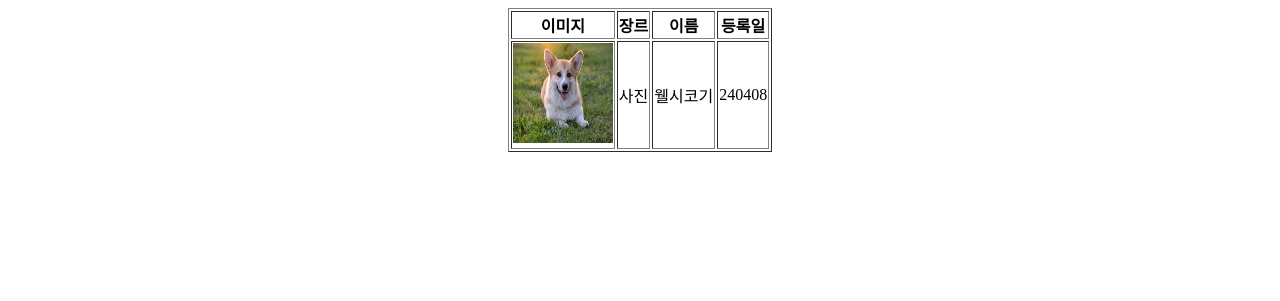
Repository: bbseok97/HTML
Page: http://localhost/jspbasic/request/req_video.jsp
An editor plug-in stored every save of this project. The page is shown before and after the next save, followed by the edit.
The browser window is 1280 px wide. The pictures show the whole page.
The page is served by Tomcat 9. Other server files are loaded and not shown.

Above is the page before, as saved 2024-04-08 01:57:59.

### jspbasic/src/main/webapp/request/req_video.jsp
<%@ page language="java" contentType="text/html; charset=UTF-8"
    pageEncoding="UTF-8"%>
<!DOCTYPE html>
<html>
	<head>
		<meta charset="UTF-8">
		<title>req_video.jsp</title>
	</head>
	<body>
		<!--
		테이블 페이지에서 a태그의 url 주소 뒤에 있는 title변수로 각각의 식별값을 담아서 이동
		ok 페이지에서는 넘어오는 값에 따라서 if ~ else if ~ else 형태로 다른 화면이 보이게
		처리.
		 -->

		 <div align="center">	<!-- 블럭을 만들어 사용하는 태그 -->
		 	<table border="1">
		 		<tr>
		 			<th>이미지</th>
		 			<th>장르</th>
		 			<th>이름</th>
		 			<th>등록일</th>

		 		</tr>
		 		<tr>
		 			<td>
		 				<a href="req_video_ok.jsp?num=1">
		 					<img alt="첫번째 영상" src="../images/다운로드.jpg" width="100" height="100">
		 				</a>
		 			</td>
		 			<td>사진</td>
		 			<td>웰시코기</td>
		 			<td>240408</td>

		 		</tr>
		 	</table>
		 </div>
	</body>
</html>

After the next save:
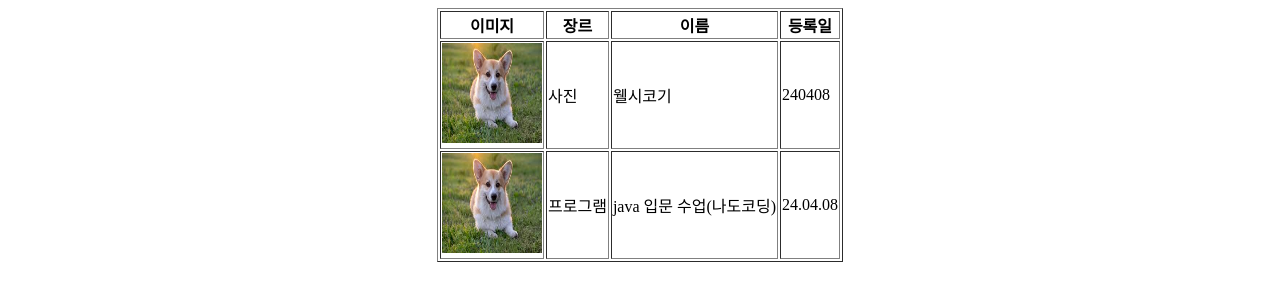
Saved 44 s later.
--- a/jspbasic/src/main/webapp/request/req_video.jsp
+++ b/jspbasic/src/main/webapp/request/req_video.jsp
@@ -33,6 +33,17 @@
 		 			<td>240408</td>
 
 		 		</tr>
+		 		<tr>
+		 			<td>
+		 				<a href="req_video_ok.jsp?num=1">
+		 					<img alt="첫번째 영상" src="../images/다운로드.jpg" width="100" height="100">
+		 				</a>
+		 			</td>
+		 			<td>프로그램</td>
+		 			<td>java 입문 수업(나도코딩)</td>
+		 			<td>24.04.08</td>
+
+		 		</tr>
 		 	</table>
 		 </div>
 	</body>
